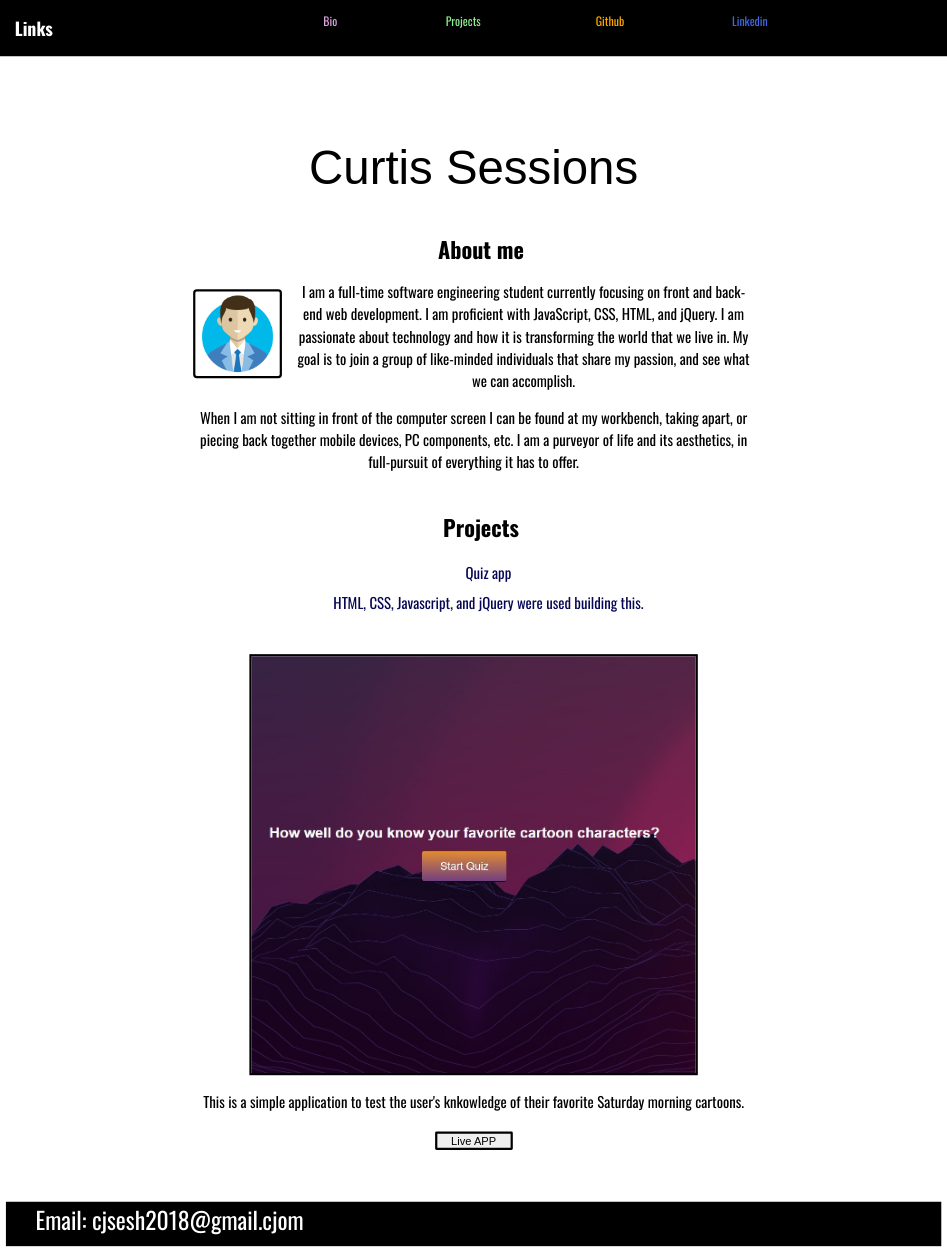
Repository: cjsesh00/NewProfile
Page: index.html
An editor plug-in stored every save of this project. The page is shown before and after the next save, followed by the edit.
The browser window is 1280 px wide. The pictures show the whole page, at 74% of full size.
Some web fonts or font styles are not loaded; a fallback is used. Some web libraries are served in a nearby version.

Above is the page before, as saved 2020-03-08 17:57:53.
Not found: scripts/index.js

After the next save:
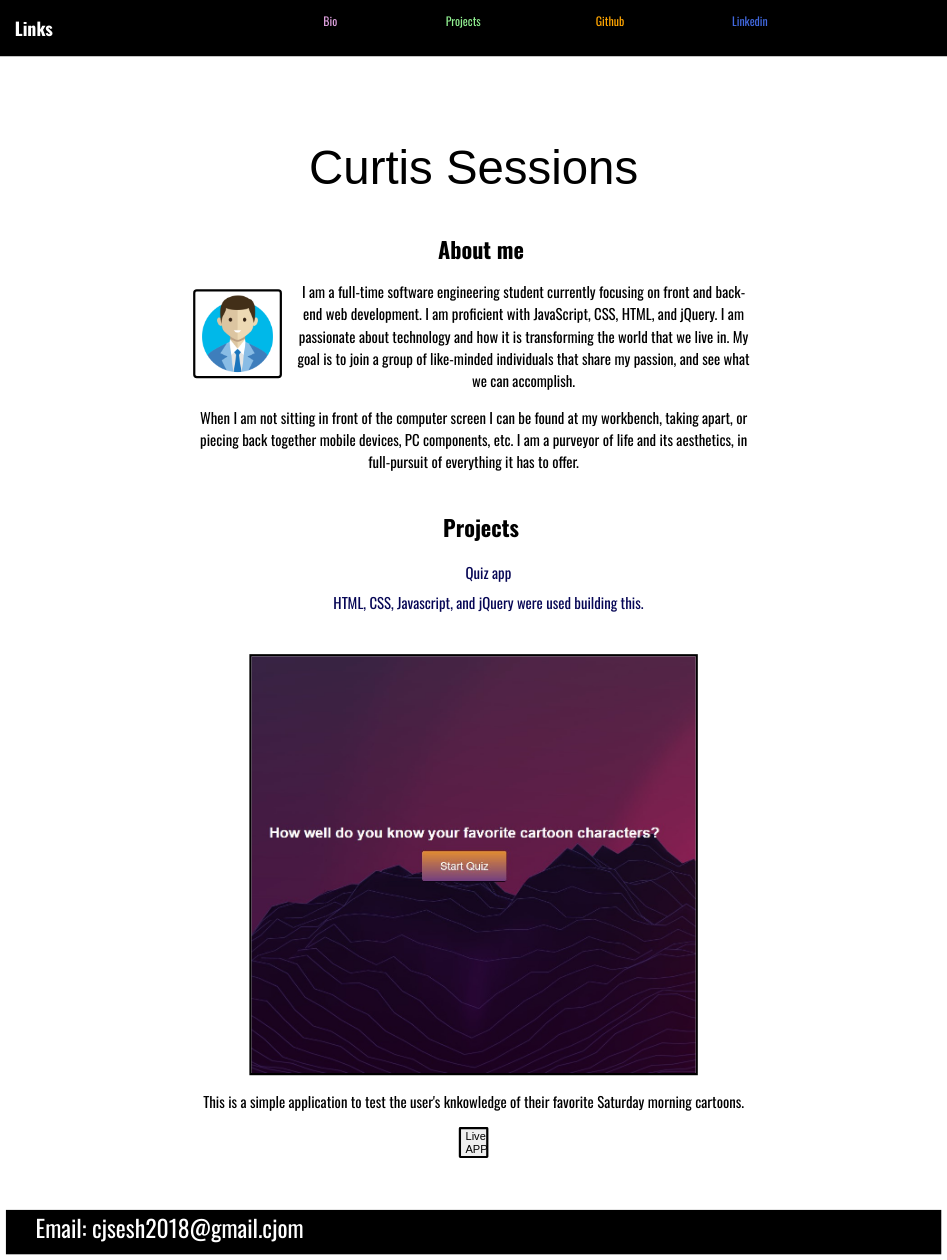
Saved 34 s later.
--- a/main.css
+++ b/main.css
@@ -165,8 +165,8 @@
     color: white;
   }
   .github-link {
-      width: 7em;
-      height 5em;
+      width: 40px;
+      height 530px;
   }
   ul{
     display: flex;

After the 2 saves that followed:
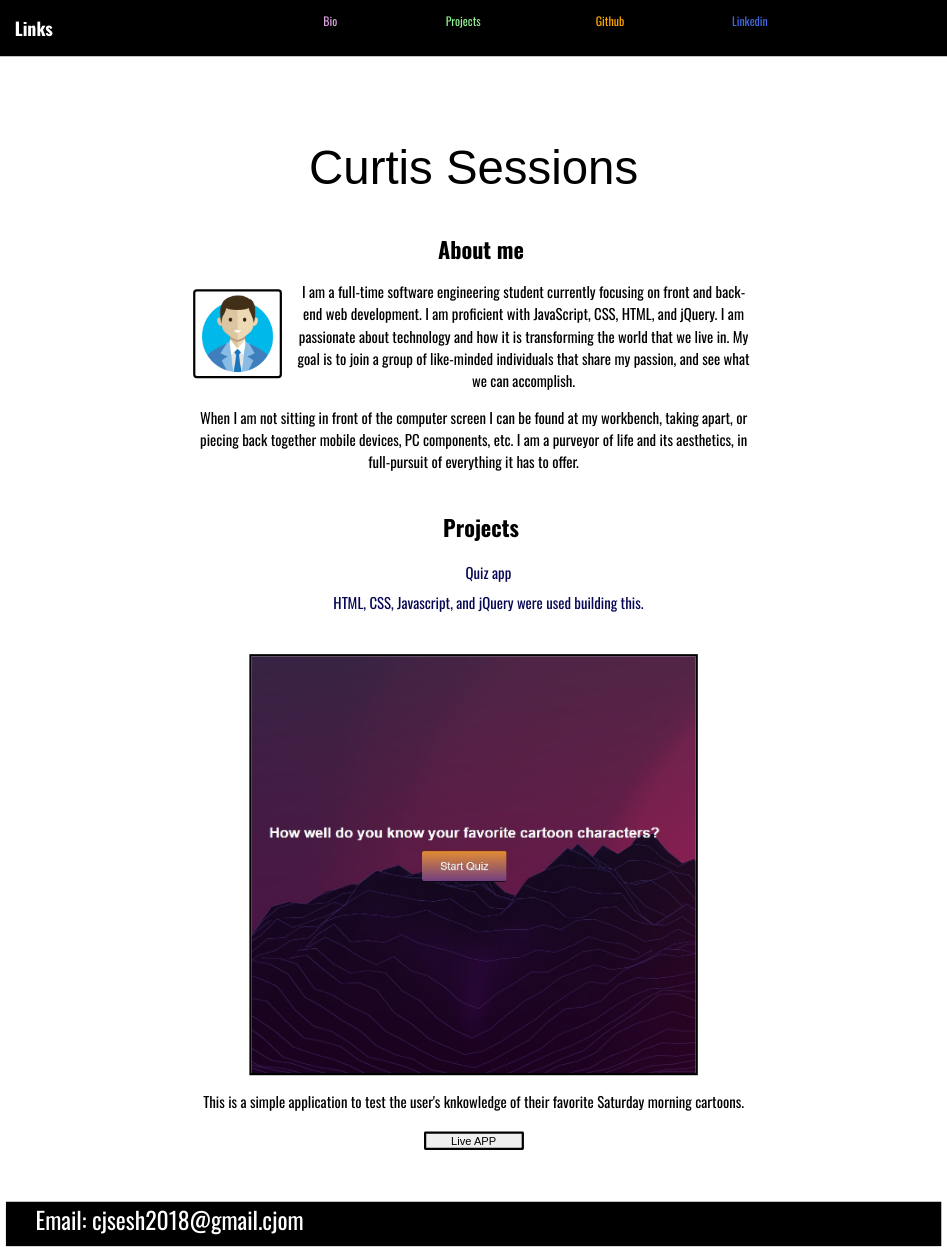
The 2 saves are shown as one change because 1 left the picture as it was.
The last was saved 23 s later.
--- a/main.css
+++ b/main.css
@@ -165,8 +165,8 @@
     color: white;
   }
   .github-link {
-      width: 40px;
-      height 530px;
+      width: 9em;
+      height 7em;
   }
   ul{
     display: flex;
